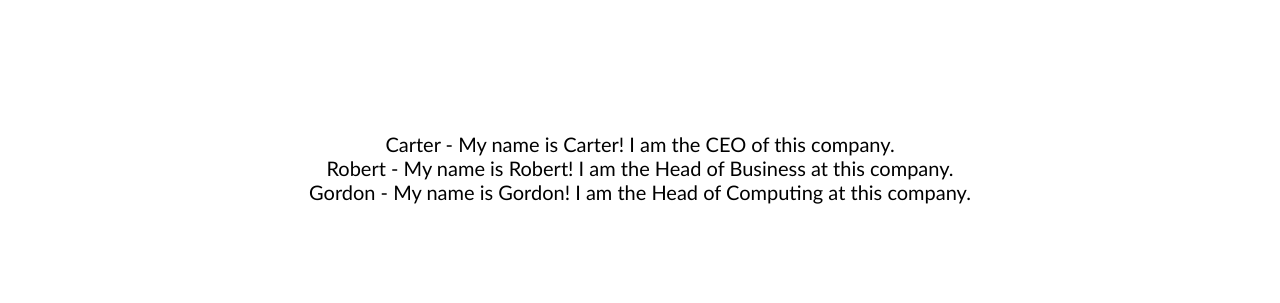
Repository: cartervandekamp/class03-styled-2109
Page: /about
These files come from the project's save history. The page is drawn as it stood at one moment and after the next save; the edit follows.
The browser window is 1280 px wide. The pictures show the whole page.
The project was rebuilt for these pictures with package versions that can differ from the ones it lists, and the page was loaded fresh each time. The framework's server and built-in components were replaced by stand-ins that run in the browser. Also part of the build but not shown: next.config.js.

Above is the page before, as saved 2023-01-24 17:13:23.

### pages/about.js

import styles from "../styles/About.module.css";
import { useState } from "react";
import data from "../data/ourTeam.json";
import Text from "../components/Text/index";
import Link from "next/link";


export default function About() {
    const [information, setInformation] = useState([...data]);


        return (

    <div className={styles.main}>
            <div className={styles.title}>
        <>About Our Team</>
        </div>

        <div className={styles.names}>
        {information &&
          information.map((info, index) => {
            if (info.role.toLowerCase() === "team member") {
              return <Text key={index} name={info.name} />;
            }
          })}
        </div>
    </div>
    )
}

### styles/globals.css
html,
body {
  padding: 0;
  margin: 0;
  font-family: 'Gill Sans', 'Gill Sans MT', Calibri, 'Trebuchet MS', sans-serif;
}

a {
  color: inherit;
  text-decoration: none;
}

* {
  box-sizing: border-box;
}

@media (prefers-color-scheme: dark) {
  html {
    color-scheme: dark;
  }
  body {
    color: white;
    background: rgb(246, 141, 141);
  }
}

### styles/About.module.css
.title {
    color: #ffffff;
    text-align: center;
    font-style: oblique;
    font-weight: bolder;
    font-size: 60px;
    margin-top: 20px;
}

.names {
    text-align: center;
    font-size: 20px;
    padding: 40px;

}

### data/ourTeam.json
[
    {
        "name": "Carter - My name is Carter! I am the CEO of this company.",
        "role": "Team Member"
    },

    {
        "name": "Robert - My name is Robert! I am the Head of Business at this company.",
        "role": "Team Member"
    },

    {
        "name": "Gordon - My name is Gordon! I am the Head of Computing at this company.",
        "role": "Team Member"
    }
]

### components/Text/index.js
import styles from "./Text.module.css";

export default function Text ({ name = "none" }) {
    return (
        <div className={styles.main}>
          <div className={styles.data}>{name}</div>
        </div>
      );
    }

Loaded but not shown: pages/_app.js (common file); components/Text/Text.module.css (no stored copy; drawn as an empty file)

After the next save:
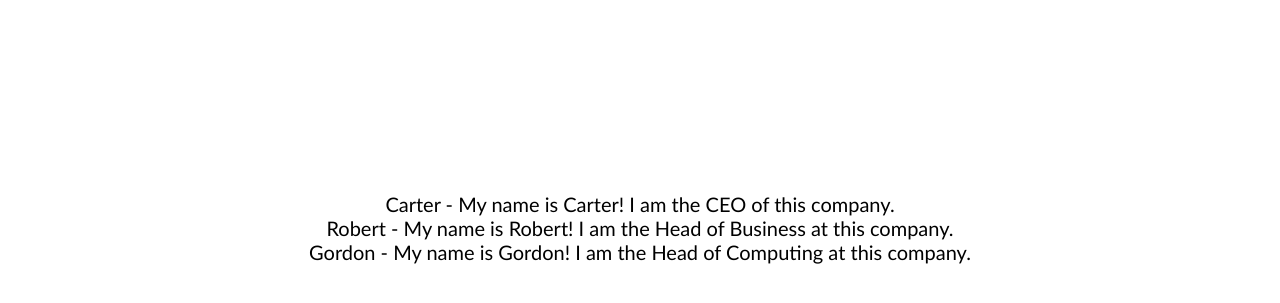
Saved 5 s later.
--- a/styles/About.module.css
+++ b/styles/About.module.css
@@ -10,6 +10,6 @@
 .names {
     text-align: center;
     font-size: 20px;
-    padding: 40px;
+    padding: 100px;
 
 }
